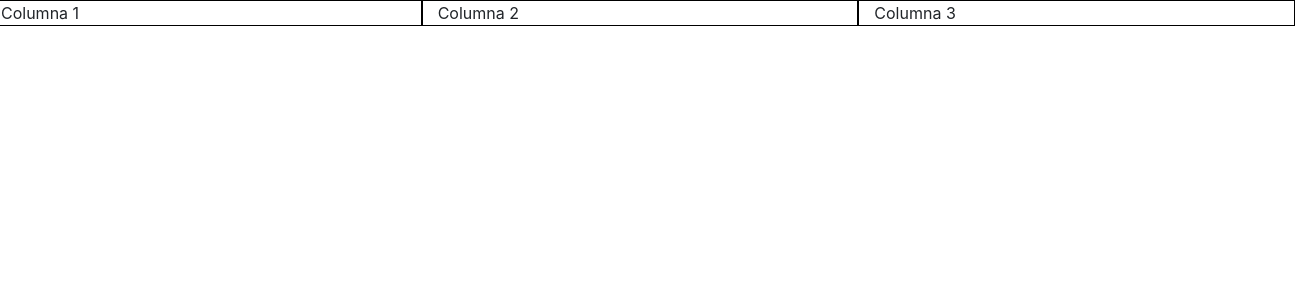
Repository: Enrique-git-hub/curso-java
Page: Workspace/BoostrapTest/src/main/webapp/index.html
These files come from the project's save history. The page is drawn as it stood at one moment and after the next save; the edit follows.
The browser window is 1280 px wide. The page is 1295 px wide, then 1280 px, so the pictures cover 1295 px, including what lies to the right of the window. The pictures show the whole page.

Above is the page before, as saved 2025-03-18 08:11:29.

### Workspace/BoostrapTest/src/main/webapp/index.html
<!DOCTYPE html>
<html>
<head>
<meta charset="UTF-8">
<!-- Latest compiled and minified CSS -->
<link rel="stylesheet" href="https://cdn.jsdelivr.net/npm/bootstrap@4.6.2/dist/css/bootstrap.min.css">

<!-- jQuery library -->
<script src="https://cdn.jsdelivr.net/npm/jquery@3.7.1/dist/jquery.slim.min.js"></script>

<!-- Popper JS -->
<script src="https://cdn.jsdelivr.net/npm/popper.js@1.16.1/dist/umd/popper.min.js"></script>

<!-- Latest compiled JavaScript -->
<script src="https://cdn.jsdelivr.net/npm/bootstrap@4.6.2/dist/js/bootstrap.bundle.min.js"></script>
<title>BooTstrap</title>
<style type="text/css">
	.borde{
		border: 1px solid #000
	}
</style>
</head>
<body>

	<div class="row">
		<div class="col-sm-4 borde">Columna 1</div>
		<div class="col-sm-4 borde">Columna 2</div>
		<div class="col-sm-4 borde">Columna 3</div>
	</div>

</body>
</html>

After the next save:
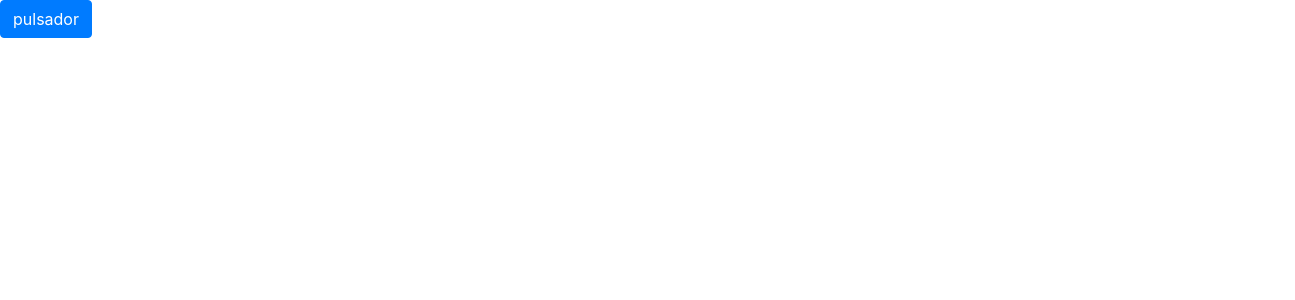
Saved 14 min 12 s later.
--- a/Workspace/BoostrapTest/src/main/webapp/index.html
+++ b/Workspace/BoostrapTest/src/main/webapp/index.html
@@ -22,11 +22,7 @@
 </head>
 <body>
 
-	<div class="row">
-		<div class="col-sm-4 borde">Columna 1</div>
-		<div class="col-sm-4 borde">Columna 2</div>
-		<div class="col-sm-4 borde">Columna 3</div>
-	</div>
+	<button class="btn btn-primary">pulsador</button>
 
 </body>
 </html>
